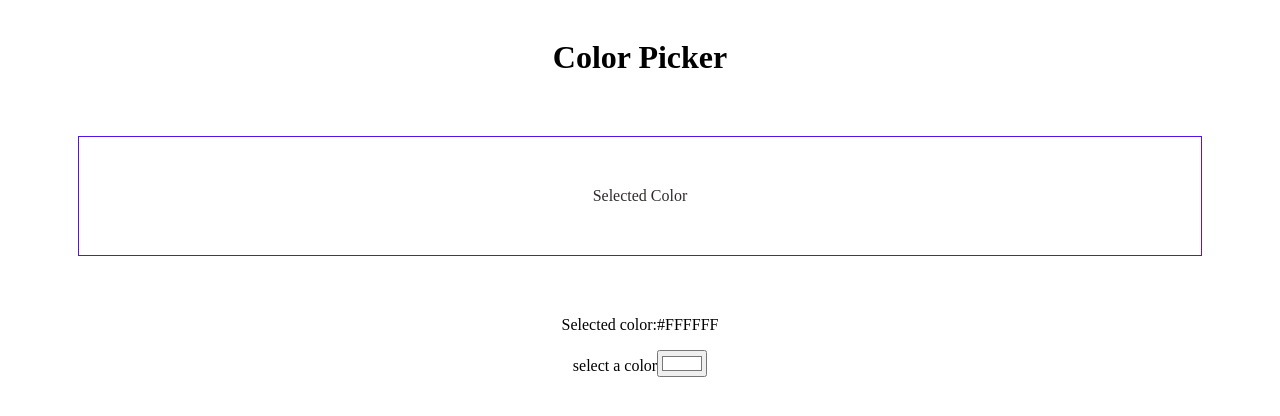
Repository: wakoya-tech/my-react-practice
Page: /
The author's editor kept a copy of each file at every save. The page is drawn from the files as they stood at one save, then again after the next save.
The browser window is 1280 px wide. The pictures show the whole page.
The project was rebuilt for these pictures with package versions that can differ from the ones it lists, and the page was loaded fresh each time. Also part of the build but not shown: vite.config.js.

Above is the page before, as saved 2025-10-03 11:41:18.

### src/index.css
.color-picker-container{
  text-align: center;
  padding: 10px;
}
.color-display {
  border: 1px solid rgb(84, 19, 236);
  color: rgb(48, 43, 43);
  background-color: rgb(82, 82, 197);
  margin: 60px ;
  padding:50px 70px;

}

### src/App.jsx
// App.jsx
import ColorPicker from "./ColorPicker.jsx";

function App() {
  return (
    <ColorPicker />
  );
}
export default App;

### src/ColorPicker.jsx
import React, { useState } from "react";
function ColorPicker(){
      const [color,setColor]=useState("#FFFFFF")
   function handleColorChange(event){
    setColor(event.target.value);
   }
   return(<div className="color-picker-container">
 <h1>Color Picker</h1>
 <div className="color-display" style={{backgroundColor:color}}>Selected Color</div>
   <p>Selected color:{color}</p>
 <label > select a color</label>
   <input type="color" value={color} onChange={handleColorChange} />
    </div>);
}
export default ColorPicker

Loaded but not shown: index.html (common file); src/main.jsx (common file)

After the next save:
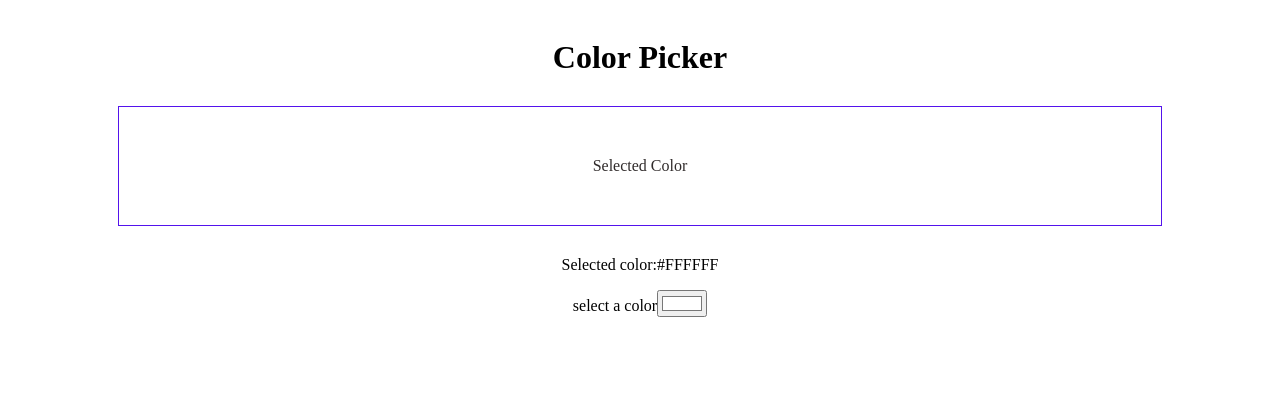
Saved 15 s later.
--- a/src/index.css
+++ b/src/index.css
@@ -6,7 +6,7 @@
   border: 1px solid rgb(84, 19, 236);
   color: rgb(48, 43, 43);
   background-color: rgb(82, 82, 197);
-  margin: 60px ;
+  margin: 30px 100px ;
   padding:50px 70px;
 
 }
